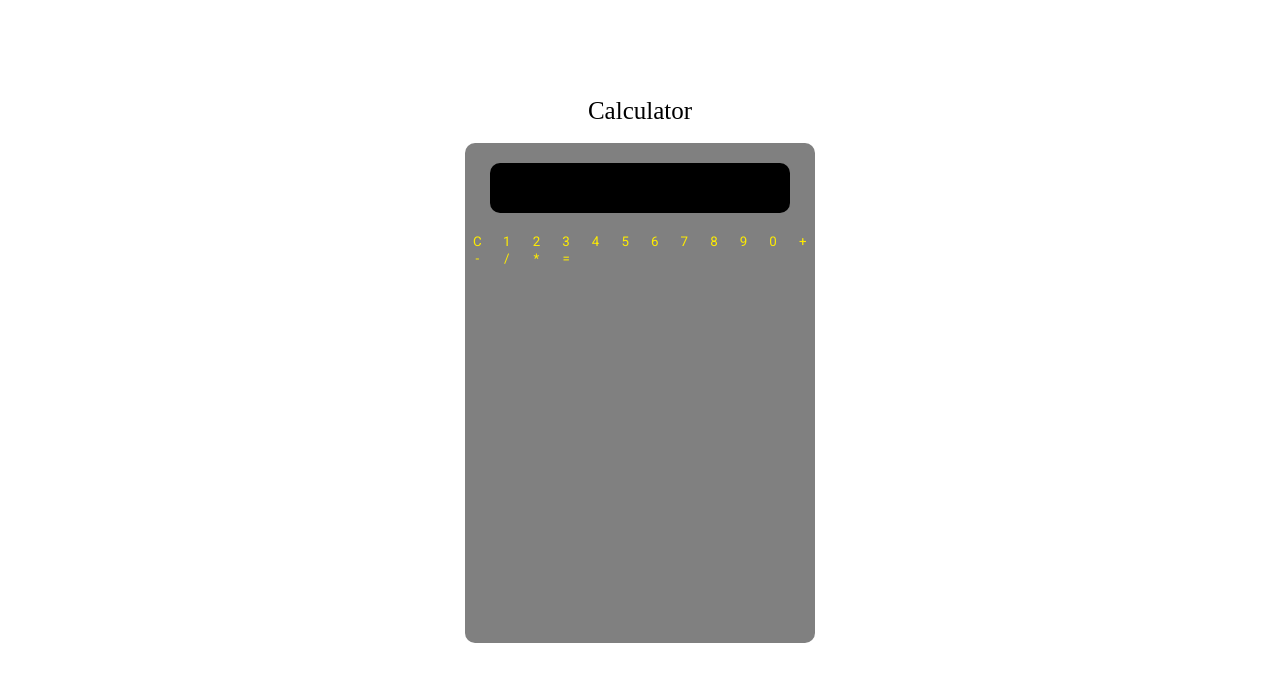
Repository: Gibon9/SimpleCalc
Page: index.html
These files come from the project's save history. The page is drawn as it stood at one moment and after the next save; the edit follows.
The browser window is 1280 px wide. The pictures show the whole page.
Some web fonts or font styles are not loaded; a fallback is used.

Above is the page before, as saved 2020-11-27 18:30:01.

### index.html
<!DOCTYPE html>
<html lang="en">
  <head>
    <meta charset="UTF-8" />
    <meta name="viewport" content="width=device-width, initial-scale=1.0" />
    <link rel="stylesheet" href="style/reset.css" />
    <link rel="stylesheet" href="style/style.css" />
    <title>Calculator</title>
  </head>

  <body>
    <main class="main">
      <h1 class="title">Calculator</h1>
      <section class="clac">
        <div class="calc-display" id="display"></div>
        <section class="keyboard" id="keyboard">
          <button class="calc-button" id="clear">C</button>
          <button class="calc-button" id="btn1">1</button>
          <button class="calc-button" id="btn2">2</button>
          <button class="calc-button" id="btn3">3</button>
          <button class="calc-button" id="btn4">4</button>
          <button class="calc-button" id="btn5">5</button>
          <button class="calc-button" id="btn6">6</button>
          <button class="calc-button" id="btn7">7</button>
          <button class="calc-button" id="btn8">8</button>
          <button class="calc-button" id="btn9">9</button>
          <button class="calc-button" id="btn0">0</button>
          <button class="calc-button" id="plus">+</button>
          <button class="calc-button" id="minus">-</button>
          <button class="calc-button" id="divide">/</button>
          <button class="calc-button" id="multiply">*</button>
          <button class="calc-button" id="equal">=</button>
        </section>
      </section>
    </main>
    <script src="./index.js"></script>
  </body>
</html>

### style/style.css
@import url("https://fonts.googleapis.com/css2?family=Roboto&family=Saira+Stencil+One&display=swap");

:root {
  --background-color: grey;
  --display-color: black;
  --primary-color: #05e93a;
  --secondary-color: #feec00;
}

.calc-display,
.title {
  font-family: "Saira Stencil One", cursive;
}

.calc-button {
  font-family: "Roboto", sans-serif;
}

.main {
  display: flex;
  flex-direction: column;
  justify-content: center;
  align-items: center;
  width: 100vw;
  height: 100vh;
}

.title {
  font-size: 25px;
  margin: 20px 0;
}

.clac {
  width: 350px;
  height: 500px;
  background-color: var(--background-color);
  border-radius: 10px;
}

.calc-display {
  margin: 20px auto;
  width: 300px;
  height: 50px;
  background-color: var(--display-color);
  color: var(--primary-color);
  border-radius: 10px;
  font-size: 40px;
}

.keyboard {
  display: grid;
  grid-template-columns: repeat(12, 1fr);
  column-gap: 5px;
}

.calc-button {
    color: var(--secondary-color);
    background-color: transparent;
    border: 2px solid var(--secondary-color)
    border-radius: 50%;
}

Loaded but not shown: style/reset.css (common file); index.js (no copy from this time; the picture is the same without it)

After the next save:
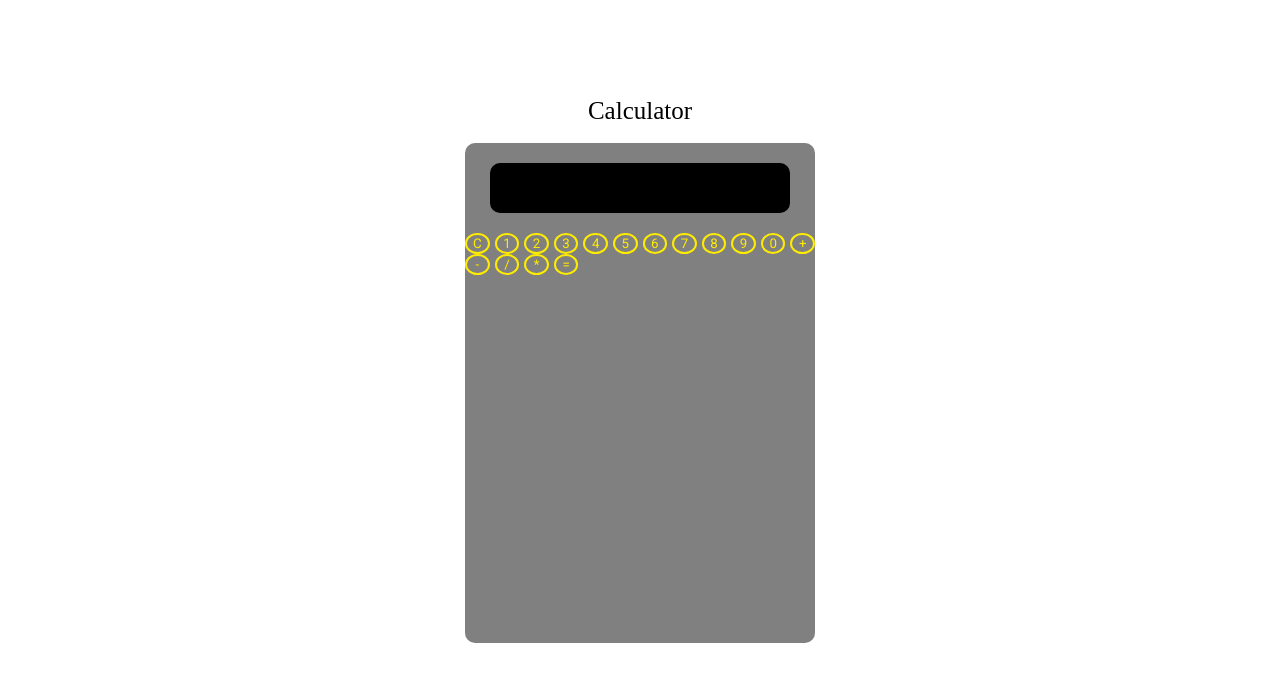
Saved 10 s later.
--- a/style/style.css
+++ b/style/style.css
@@ -54,8 +54,8 @@
 }
 
 .calc-button {
-    color: var(--secondary-color);
-    background-color: transparent;
-    border: 2px solid var(--secondary-color)
-    border-radius: 50%;
+  color: var(--secondary-color);
+  background-color: transparent;
+  border: 2px solid var(--secondary-color);
+  border-radius: 50%;
 }
